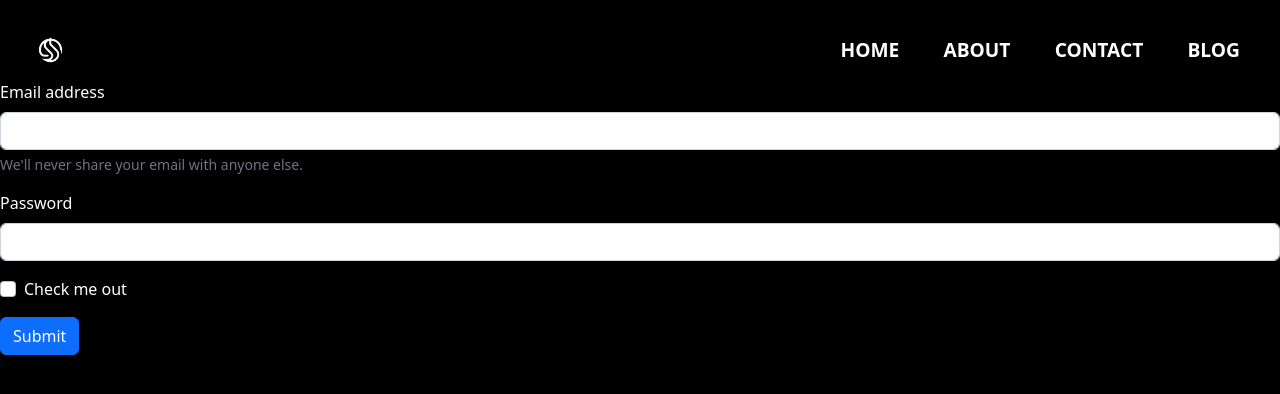
Repository: jaseem1999/sdCommunity
Page: http://localhost/sdCommunity/AdvSign.jsp
These files come from the project's save history. The page is drawn as it stood at one moment and after the next save; the edit follows.
The browser window is 1280 px wide. The pictures show the whole page.
The page is served by Tomcat 9.

Above is the page before, as saved 2023-10-16 15:06:41.

After the next save:
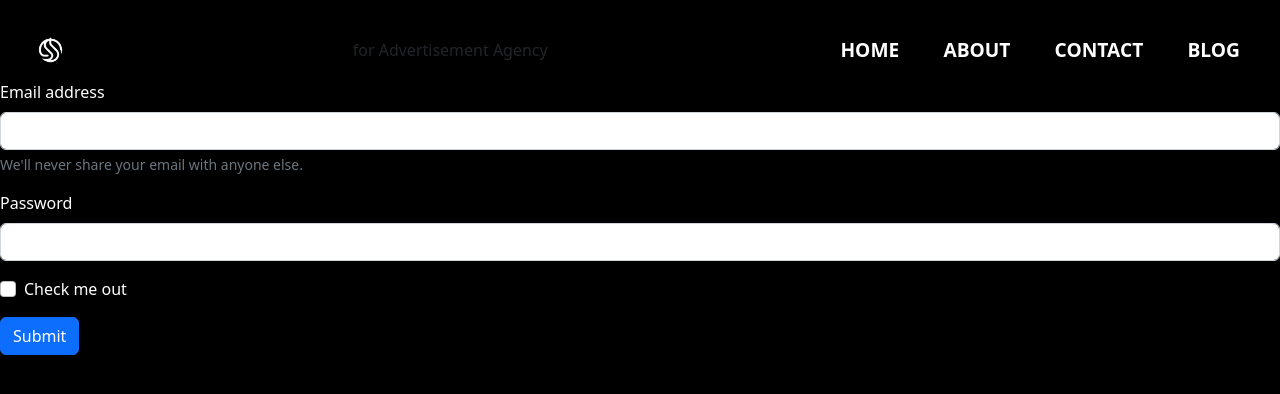
Saved 2 min 9 s later.
--- a/sdCommunity/src/main/webapp/AdvSign.jsp
+++ b/sdCommunity/src/main/webapp/AdvSign.jsp
@@ -89,7 +89,7 @@ a {
 	<header>
       <nav class="nav">
         <a href="/" class="logo"><img alt="logo" src="./img/logo.png" width="60px"/></a>
-
+		<span>for Advertisement Agency</span>
         <div class="hamburger">
           <span class="line"></span>
           <span class="line"></span>
